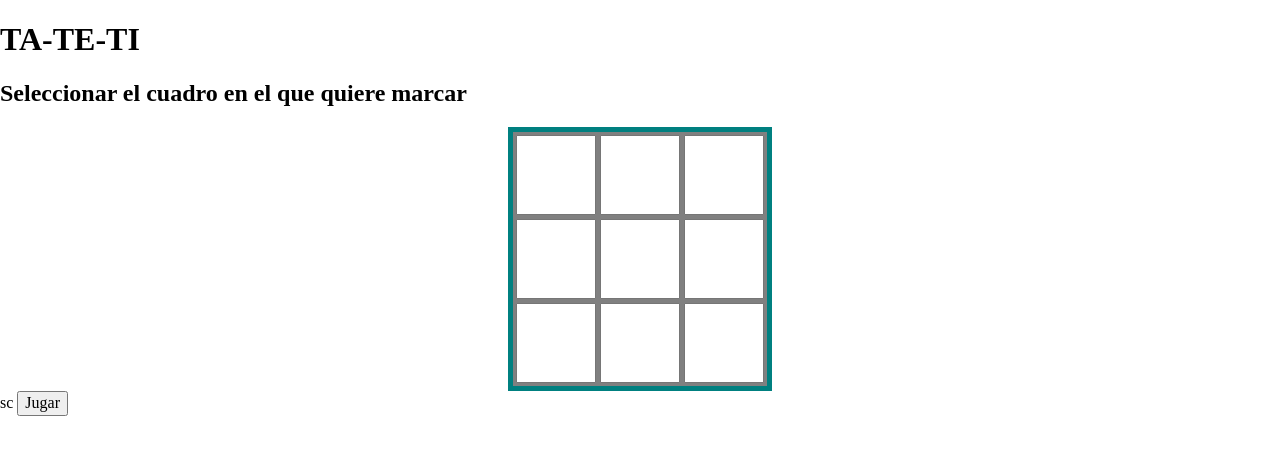
Repository: Lean97-start/TATETI
Page: Tateti.html
An editor plug-in stored every save of this project. The page is shown before and after a run of saves, followed by the edit.
The browser window is 1280 px wide. The pictures show the whole page.

Above is the page before, as saved 2021-03-30 12:32:30.

### Tateti.html
<!DOCTYPE html>
<html lang="en">
<head>
    <meta charset="UTF-8">
    <link rel="stylesheet" type="text/css" href="Tateti.css">
    <link rel="stylesheet" href="Tateti.js">
    <link rel="stylesheet" type="text/css" href="https://necolas.github.io/normalize.css/8.0.1/normalize.css">
    <title>TATETI</title>
</head>
<body>
    <H1>TA-TE-TI</H1>
    <H2>Seleccionar el cuadro en el que quiere marcar</H3>

        <table class="cuadro">
            <tr>
                <td><input type="text" class="entradas"></td>
                <td><input type="text" class="entradas"></td>
                <td><input type="text" class="entradas"></td>
            </tr>
            <tr>
                <td><input type="text" class="entradas"></td>
                <td><input type="text" class="entradas"></td>
                <td><input type="text" class="entradas"></td>
            </tr>
            <tr>
                <td><input type="text" class="entradas"></td>
                <td><input type="text" class="entradas"></td>
                <td><input type="text" class="entradas"></td>
            </tr>
        </table>
    sc
    <button class="botones" id="jugar">Jugar</button>

</body>
</html>

### Tateti.css

.cuadro{
    border: 5px teal solid;
    background: grey;
    position: relative;
    height: 250px;
    width: 250px;
    margin: auto;
}
.entradas{
    height: 80px;
    width: 80px;
    box-sizing: border-box;

}

### Tateti.js
let var1, var2, var3,var4, var5,var6 = undefined

function boton_jugar (){

}

After the next 9 saves:
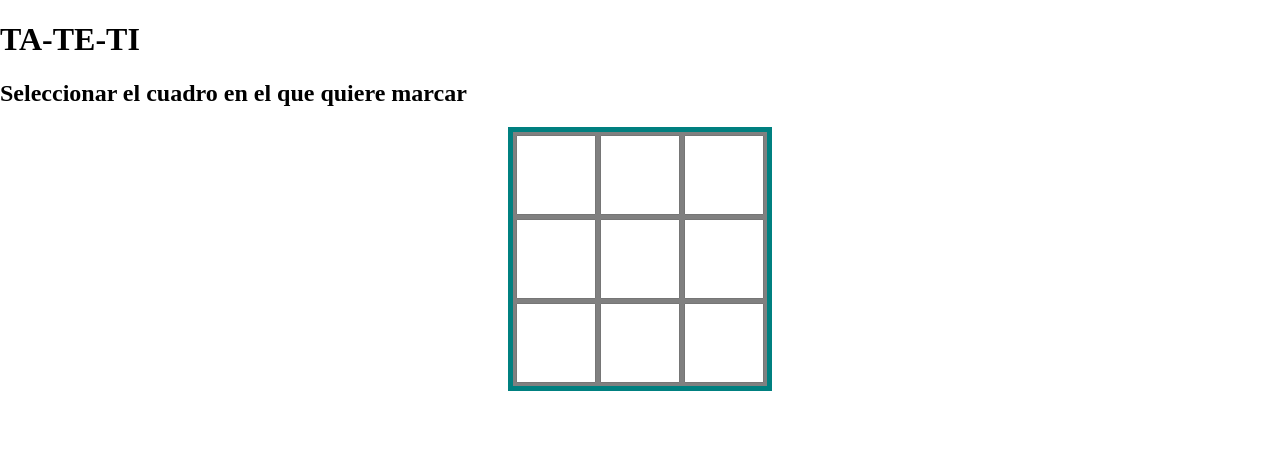
The 9 saves are shown as one change because they came seconds apart.
The last was saved 27 s later.
--- a/Tateti.html
+++ b/Tateti.html
@@ -28,8 +28,8 @@
                 <td><input type="text" class="entradas"></td>
             </tr>
         </table>
-    sc
+    <script src="">
     <button class="botones" id="jugar">Jugar</button>
-
+    </script>
 </body>
 </html>
